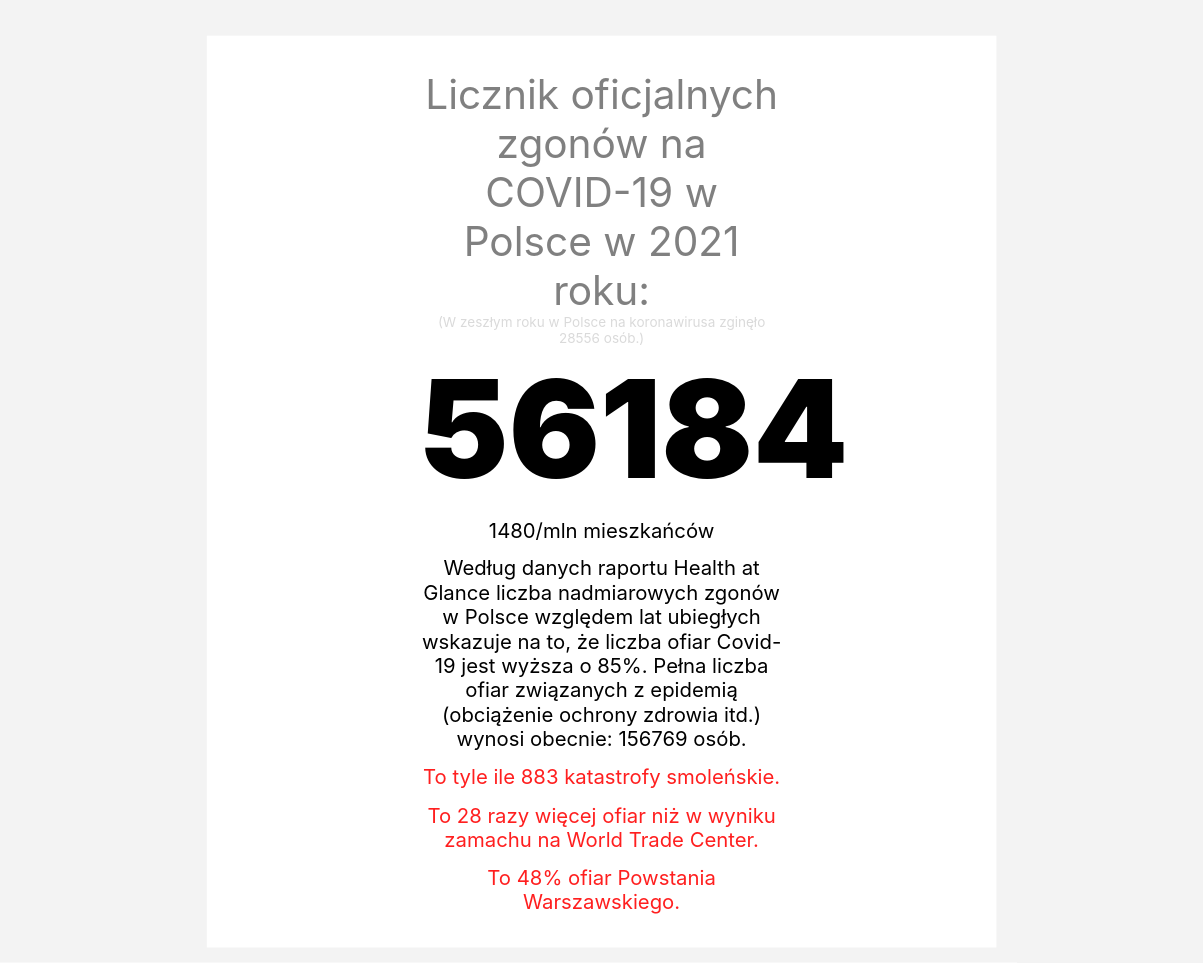
Repository: michalgornicki/poland-covid
Page: /
These files come from the project's save history. The page is drawn as it stood at one moment and after a run of saves; the edit follows.
The browser window is 1280 px wide. The pictures show the whole page, at 94% of full size.
The project was rebuilt for these pictures with package versions that can differ from the ones it lists, and the page was loaded fresh each time.

Above is the page before, as saved 2021-12-04 21:12:39.

### src/App.jsx
import React, { useEffect } from "react";
import "./App.css";

function App() {
  const startTime = () => {
    const date = new Date();
    let miliseconds = date.getTime();
    let seconds = Math.round(miliseconds / 1000);
    let thisYearSeconds = Math.round(seconds - 1609401600);
    let deaths = Math.round(thisYearSeconds * 0.00192110763);
    let allDeaths = deaths + 28556;
    let excessDeaths = Math.round(allDeaths*1.85);
    let smolensk = Math.round(allDeaths / 96);
    let tradeCenter = Math.round(allDeaths / 2977);
    let uprising = (allDeaths / 175000).toFixed(2) * 100;


    document.getElementsByClassName("counter")[0].innerHTML = deaths;
    let deathsPerMillion = Math.round(deaths / 37.95);
    document.getElementsByClassName("counter-2")[0].innerHTML =
      deathsPerMillion + "/mln mieszkańców";
    document.getElementsByClassName("counter-3")[0].innerHTML =
      "Łącznie na Covid-19 zginęło w Polsce już " + (deaths + 28556) + " osób.";
      document.getElementsByClassName("counter-3")[0].innerHTML =
      "Według danych raportu Health at Glance liczba nadmiarowych zgonów w Polsce względem lat ubiegłych wskazuje na to, że liczba ofiar Covid-19 jest wyższa o 85%. Pełna liczba ofiar związanych z epidemią (obciążenie ochrony zdrowia itd.) wynosi obecnie: " + (excessDeaths) + " osób.";
    document.getElementsByClassName("counter-4")[0].innerHTML =
      "To tyle ile " + smolensk + " katastrofy smoleńskie.";
      document.getElementsByClassName("counter-4")[1].innerHTML =
      "To " + tradeCenter + " razy więcej ofiar niż w wyniku zamachu na World Trade Center.";
      document.getElementsByClassName("counter-4")[2].innerHTML =
      "To " + uprising + "% ofiar Powstania Warszawskiego.";

    setTimeout(startTime, 1000);
  };

  useEffect(() => {
    startTime();
  });

  return (
    <p>
      <div className="text-container">
        <div className="header">
          Licznik oficjalnych zgonów na COVID-19 w Polsce w 2021 roku:
        </div>
        <div className="header-2">
          (W zeszłym roku w Polsce na koronawirusa zginęło 28556 osób.)
        </div>
        <div className="counter">{""}</div>
        <div className="counter-2">{""}</div>
        <div className="counter-3"></div>
        <div className="counter-4"></div>
        <div className="counter-4"></div>
        <div className="counter-4"></div>
      </div>
    </p>
  );
}

export default App;

### src/App.css
body{
    background-color: rgb(243, 243, 243);
}

.text-container{
    display: block;
    margin: auto;
    margin-top: 3%;
    background-color: white;
    width: 60%;
    padding: 5vmin;
}

.header{
    font-size: 6vmin;
    display: block;
    margin: auto;
    width: 50%;
    text-align: center;
    color: gray;
}

.header-2{
    font-size: 2vmin;
    display: block;
    margin: auto;
    width: 50%;
    text-align: center;
    color: rgb(218, 218, 218);
}

.counter{
    font-size: 20vmin;
    font-weight: 900;
    display: block;
    margin: auto;
    width: 50%;
    text-align: center;
    color: rgb(0, 0, 0);
}

.counter-2{
    font-size: 3vmin;
    display: block;
    margin: auto;
    margin-top: 1vmin;
    width: 50%;
    text-align: center;
}

.counter-3{
    font-size: 3vmin;
    display: block;
    margin: auto;
    margin-top: 2vmin;
    width: 50%;
    text-align: center;
    color: rgb(0, 0, 0);
}

.counter-4{
    font-size: 3vmin;
    display: block;
    margin: auto;
    margin-top: 2vmin;
    width: 50%;
    text-align: center;
    color: rgb(255, 31, 31);
}

@media only screen and (max-width: 800px) {

    .text-container{
        display: block;
        margin: auto;
        margin-top: 3%;
        background-color: white;
        width: 90%;
        padding: 5vmin;
    }

    .header{
        font-size: 9vmin;
        display: block;
        margin: auto;
        width: 100%;
        text-align: center;
        color: gray;
    }

    .header-2{
        font-size: 5vmin;
        display: block;
        margin: auto;
        width: 100%;
        text-align: center;
        color: rgb(218, 218, 218);
    }

    .counter{
        font-size: 28vmin;
        font-weight: 900;
        display: block;
        margin: auto;
        width: fit-content;
        text-align: center;
        color: rgb(0, 0, 0);
    }

    .counter-2{
        font-size: 6vmin;
        display: block;
        margin: auto;
        margin-top: 1vmin;
        width: fit-content;
        text-align: center;
    }

    .counter-3{
        font-size: 6vmin;
        display: block;
        margin: auto;
        margin-top: 2vmin;
        width: fit-content;
        text-align: center;
        color: rgb(0, 0, 0);
    }

    .counter-4{
        font-size: 6vmin;
        display: block;
        margin: auto;
        margin-top: 10vmin;
        width: fit-content;
        text-align: center;
        color: rgb(255, 31, 31);
    }
}

Loaded but not shown: public/index.html (common file); src/index.js (common file); src/index.css (common file); src/reportWebVitals.js (common file)

After the next 4 saves:
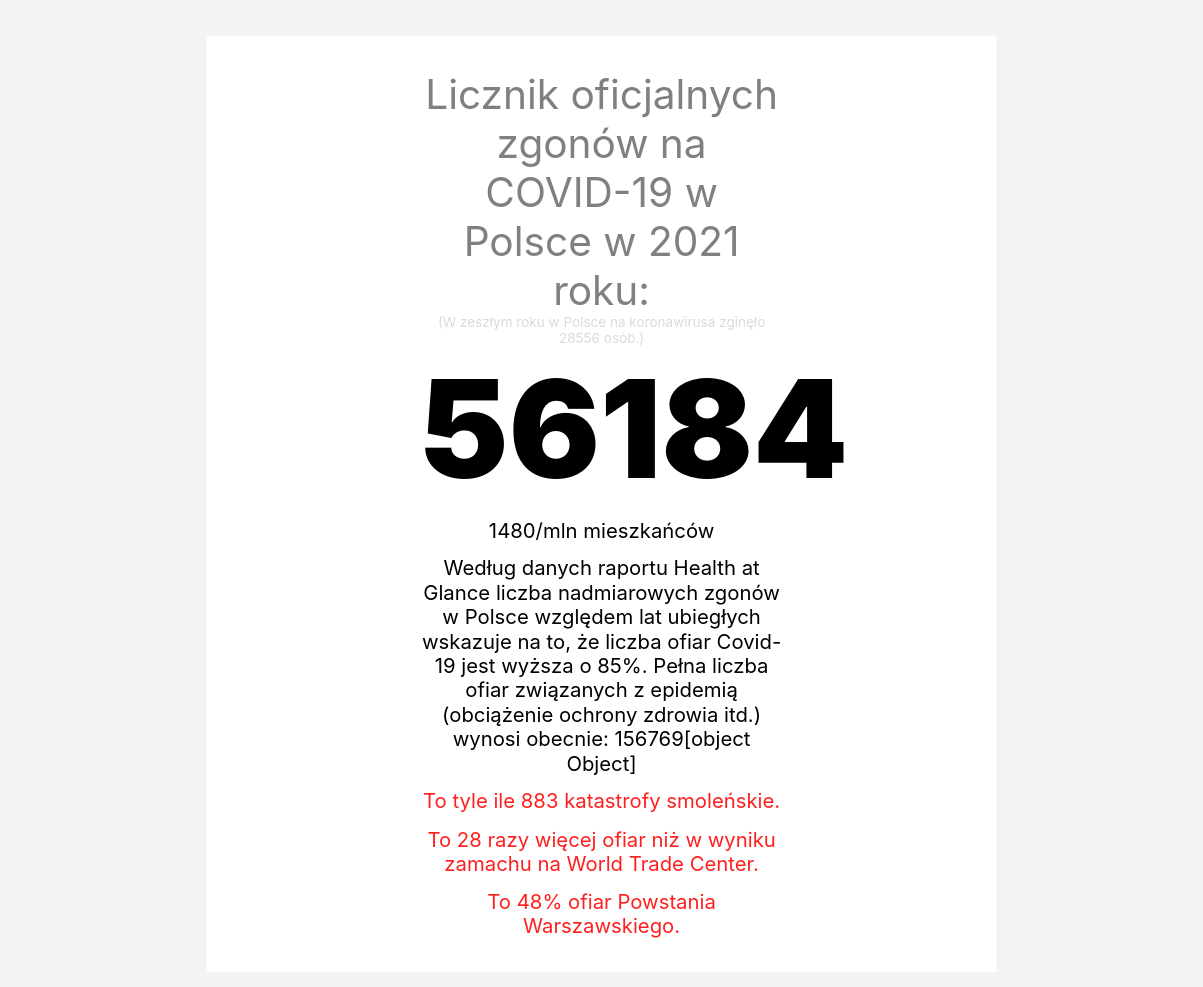
The 4 saves are shown as one change because they came seconds apart.
The last was saved 49 s later.
--- a/src/App.jsx
+++ b/src/App.jsx
@@ -22,7 +22,7 @@
     document.getElementsByClassName("counter-3")[0].innerHTML =
       "Łącznie na Covid-19 zginęło w Polsce już " + (deaths + 28556) + " osób.";
       document.getElementsByClassName("counter-3")[0].innerHTML =
-      "Według danych raportu Health at Glance liczba nadmiarowych zgonów w Polsce względem lat ubiegłych wskazuje na to, że liczba ofiar Covid-19 jest wyższa o 85%. Pełna liczba ofiar związanych z epidemią (obciążenie ochrony zdrowia itd.) wynosi obecnie: " + (excessDeaths) + " osób.";
+      "Według danych raportu Health at Glance liczba nadmiarowych zgonów w Polsce względem lat ubiegłych wskazuje na to, że liczba ofiar Covid-19 jest wyższa o 85%. Pełna liczba ofiar związanych z epidemią (obciążenie ochrony zdrowia itd.) wynosi obecnie: " + (excessDeaths) + <b>" osób." </b>;
     document.getElementsByClassName("counter-4")[0].innerHTML =
       "To tyle ile " + smolensk + " katastrofy smoleńskie.";
       document.getElementsByClassName("counter-4")[1].innerHTML =

After the save that followed:
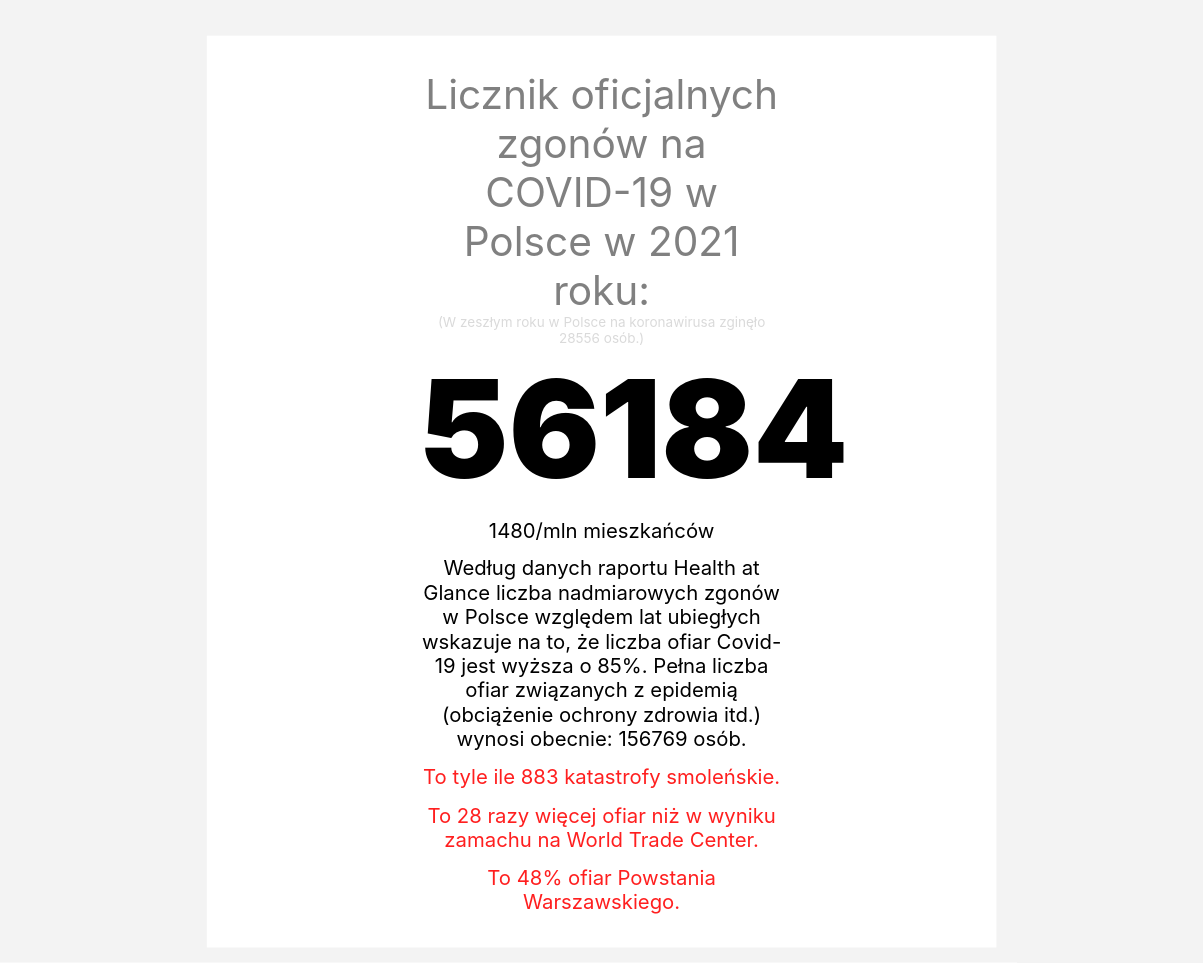
Saved 8 s later.
--- a/src/App.jsx
+++ b/src/App.jsx
@@ -22,7 +22,7 @@
     document.getElementsByClassName("counter-3")[0].innerHTML =
       "Łącznie na Covid-19 zginęło w Polsce już " + (deaths + 28556) + " osób.";
       document.getElementsByClassName("counter-3")[0].innerHTML =
-      "Według danych raportu Health at Glance liczba nadmiarowych zgonów w Polsce względem lat ubiegłych wskazuje na to, że liczba ofiar Covid-19 jest wyższa o 85%. Pełna liczba ofiar związanych z epidemią (obciążenie ochrony zdrowia itd.) wynosi obecnie: " + (excessDeaths) + <b>" osób." </b>;
+      "Według danych raportu Health at Glance liczba nadmiarowych zgonów w Polsce względem lat ubiegłych wskazuje na to, że liczba ofiar Covid-19 jest wyższa o 85%. Pełna liczba ofiar związanych z epidemią (obciążenie ochrony zdrowia itd.) wynosi obecnie: " + (excessDeaths) + " osób.";
     document.getElementsByClassName("counter-4")[0].innerHTML =
       "To tyle ile " + smolensk + " katastrofy smoleńskie.";
       document.getElementsByClassName("counter-4")[1].innerHTML =
